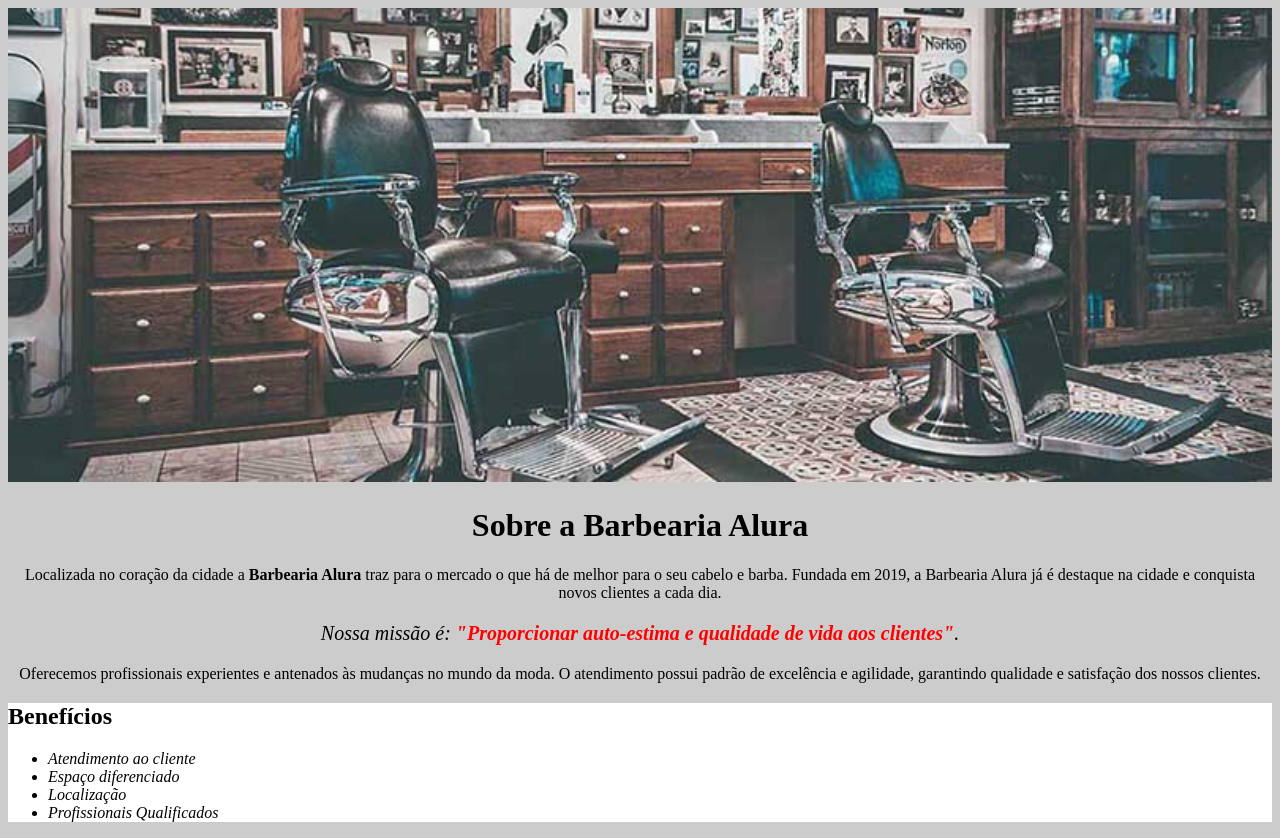
Repository: RenatoCCS/Barbearia_Alura
Page: index.html
These files come from the project's save history. The page is drawn as it stood at one moment and after the next save; the edit follows.
The browser window is 1280 px wide. The pictures show the whole page.

Above is the page before, as saved 2022-10-17 21:12:30.

After the next save:
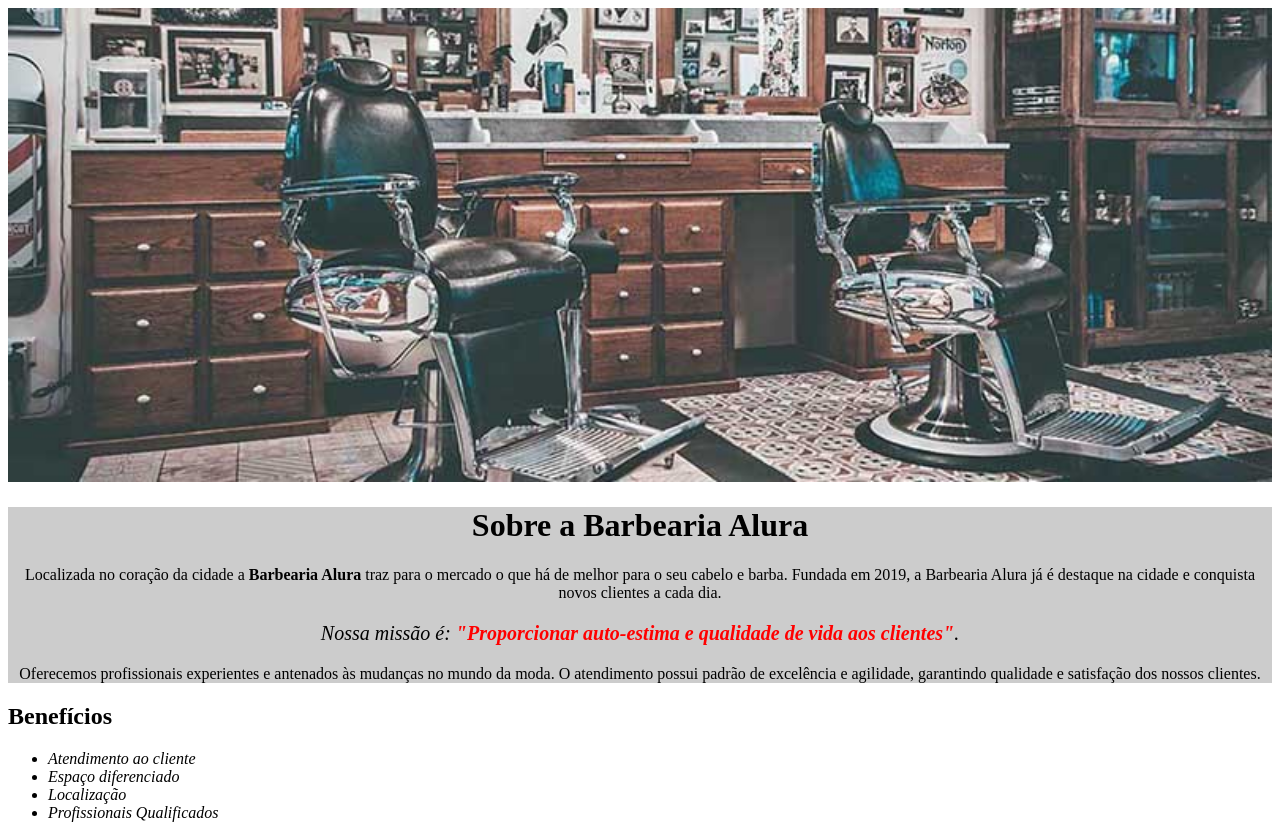
Saved 15 s later.
--- a/style.css
+++ b/style.css
@@ -1,5 +1,4 @@
 body {
-  background: #cccccc;
 }
 
 #banner {
@@ -7,6 +6,7 @@ body {
 }
 
 .principal {
+  background: #cccccc;
 }
 
 h1 {
